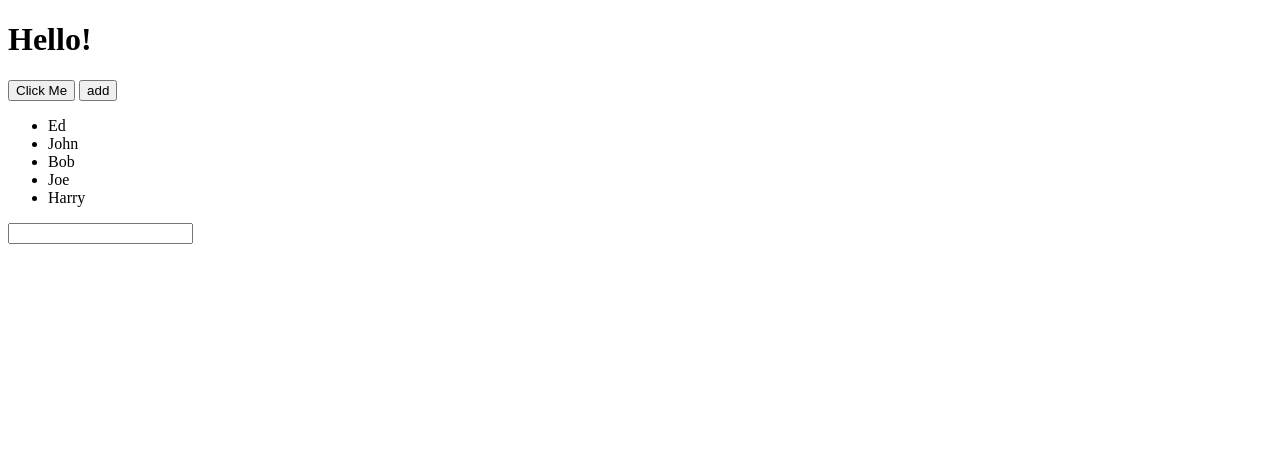
Repository: jnguyen113/DOM-Manipulation
Page: index.html
These files come from the project's save history. The page is drawn as it stood at one moment and after the next save; the edit follows.
The browser window is 1280 px wide. The pictures show the whole page.

Above is the page before, as saved 2020-06-12 11:16:28.
Console error: TypeError: userList is not iterable

After the next save:
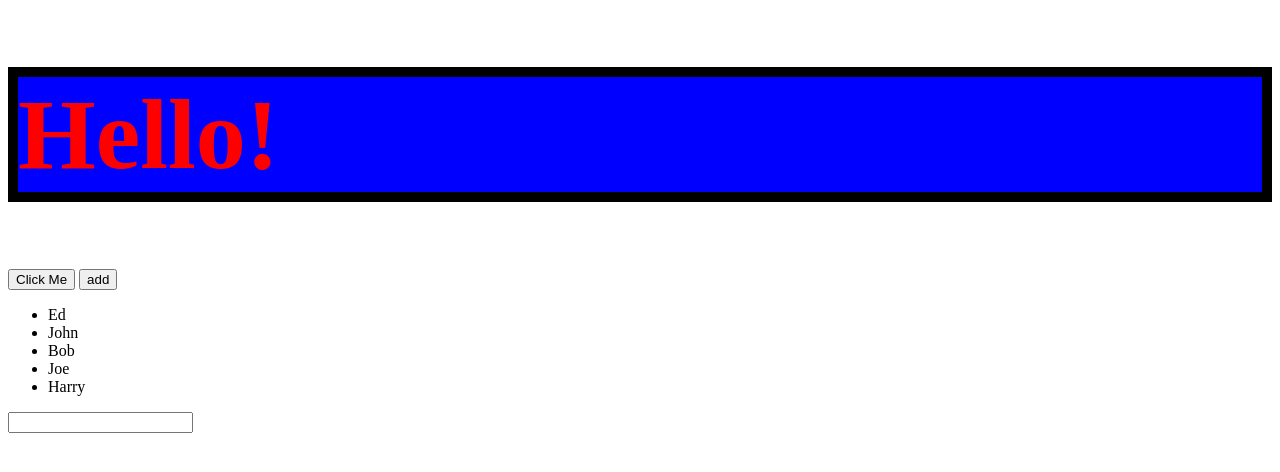
The error is gone.
Saved 23 s later.
--- a/main.js
+++ b/main.js
@@ -7,11 +7,7 @@ const addListButton = document.querySelector(".addListButton");
 const listInput = document.querySelector('.list-input');
 const userList = document.querySelector('.name-list');
     console.log(userList);
-for(user of userList){
-    user.addEventListener('click',function(){
-        this.style.color = 'red';
-    });
-}
+
 
 addListButton.addEventListener('click',function(){
     //create an li out of thin air
